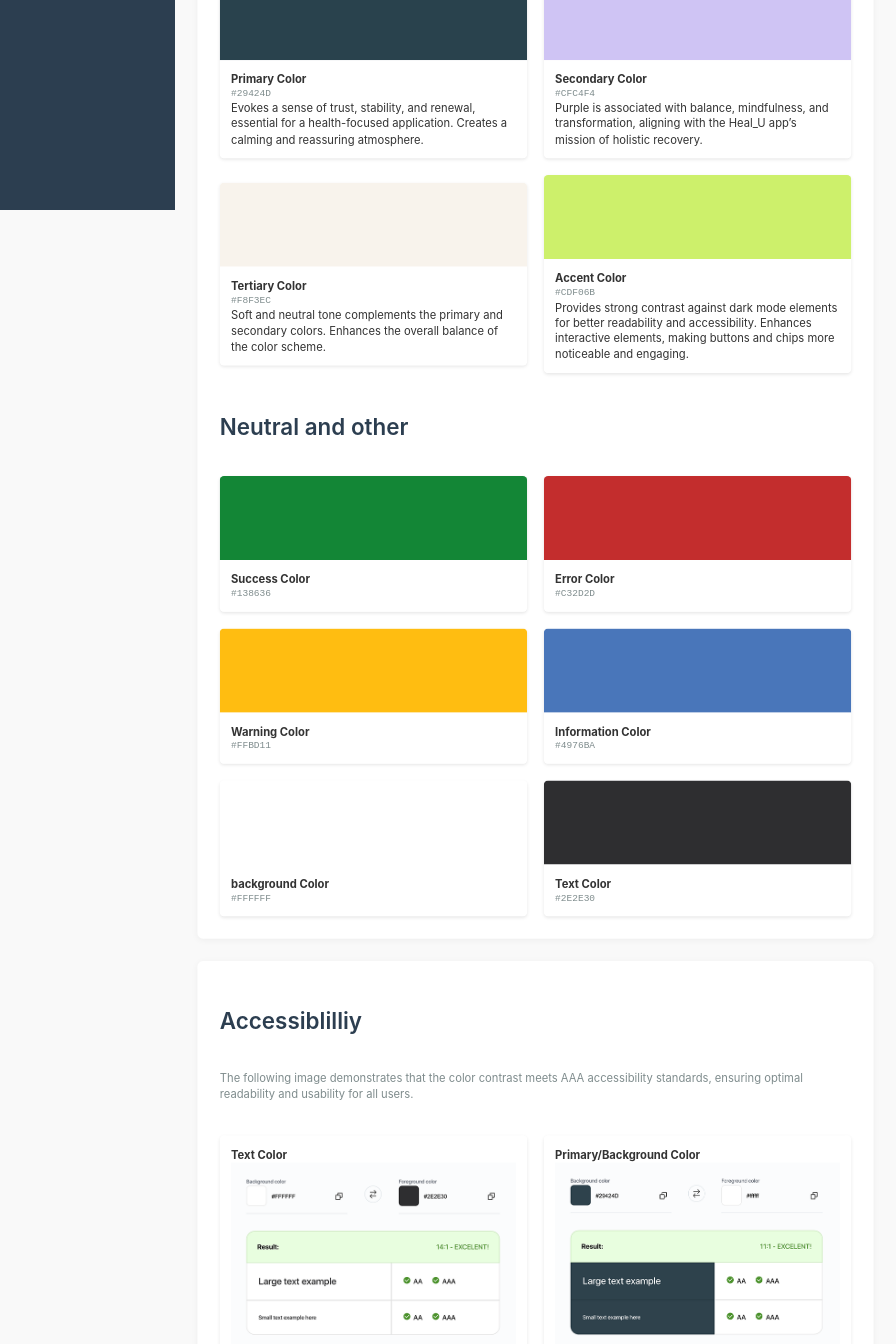
Repository: rosielee09/Heal_U
Page: colors.html
These files come from the project's save history. The page is drawn as it stood at one moment and after the next save; the edit follows.
The browser window is 1280 px wide. The pictures show the part of the page from y = 420 to 2340 px (the page is 4565 px tall), at 70% of full size.

Above is the page before, as saved 2025-04-06 10:02:14.

After the next save:
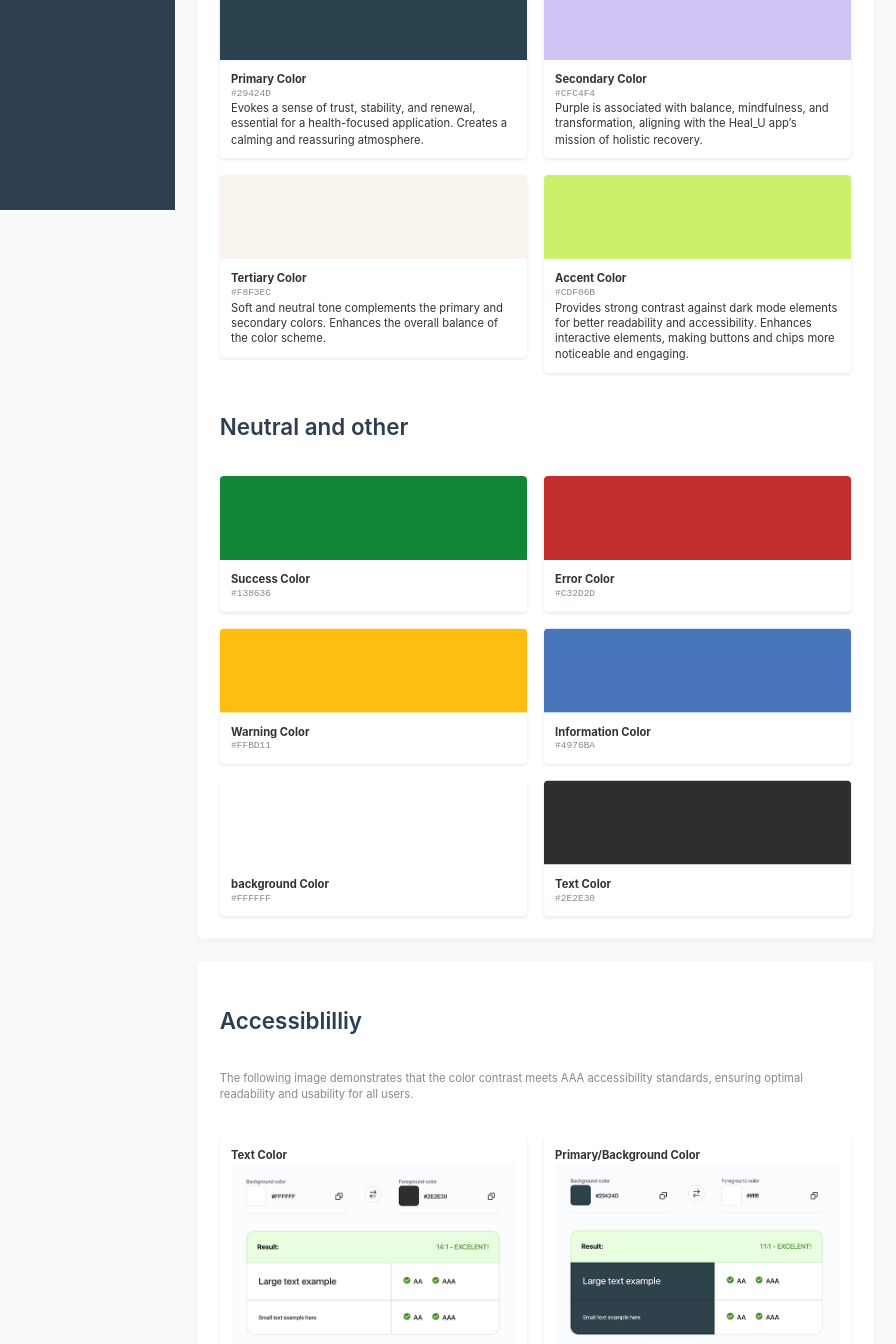
Saved 31 s later.
--- a/styles.css
+++ b/styles.css
@@ -138,7 +138,7 @@ body {
     display: grid;
     grid-template-columns: repeat(auto-fill, minmax(300px, 2fr));
     gap: 1.5rem;
-    align-items: center;
+    align-items: start;
 }
 
 .color-grid__Accessiblilliy {
